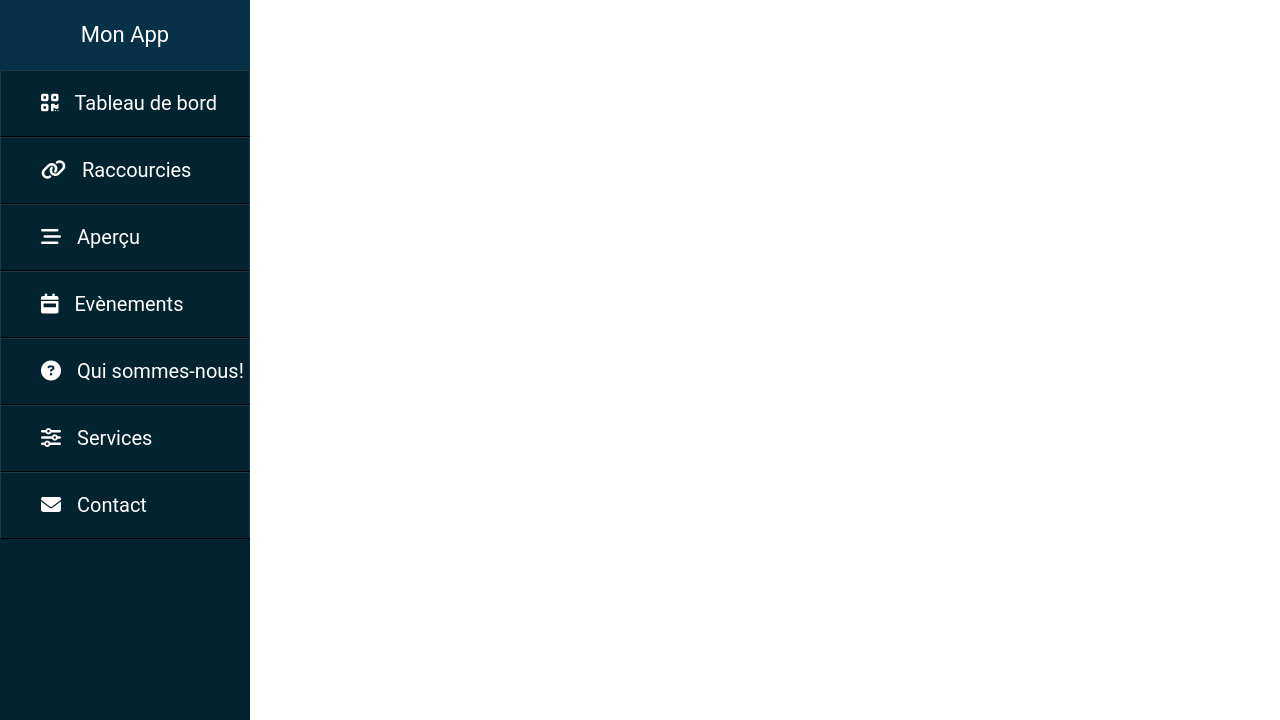
Repository: Alex-Serky/Dossier-Nav
Page: Nav-Sidebar/index.html
These files come from the project's save history. The page is drawn as it stood at one moment and after the next save; the edit follows.
The browser window is 1280 px wide. The pictures show the whole page.
Some web libraries are served in a nearby version.

Above is the page before, as saved 2020-02-21 09:31:56.

After the next save:
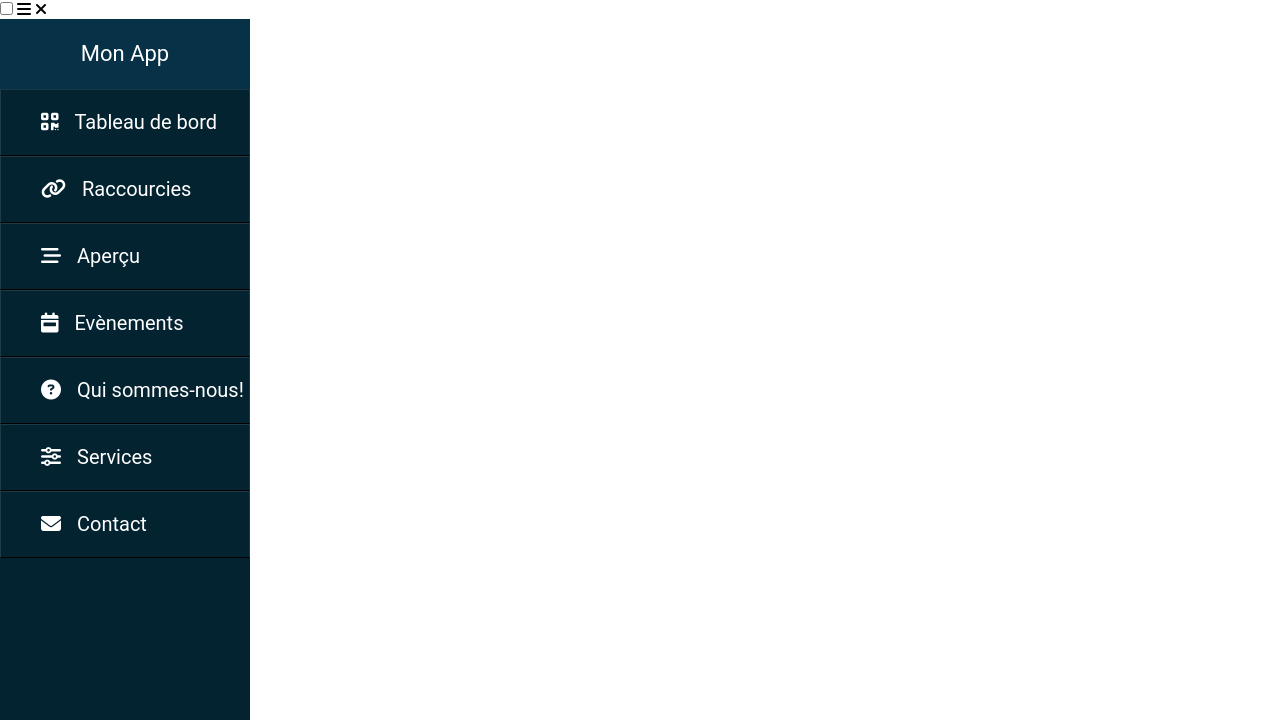
Saved 4 min 50 s later.
--- a/Nav-Sidebar/index.html
+++ b/Nav-Sidebar/index.html
@@ -11,6 +11,11 @@
 </head>
 
 <body>
+    <input type="checkbox" id="check">
+    <label for="check">
+        <i class="fas fa-bars" id="btn"></i>
+        <i class="fas fa-times" id="btn"></i>
+    </label>
     <div class="sidebar">
         <header>Mon App</header>
         <ul>

After the 2 saves that followed:
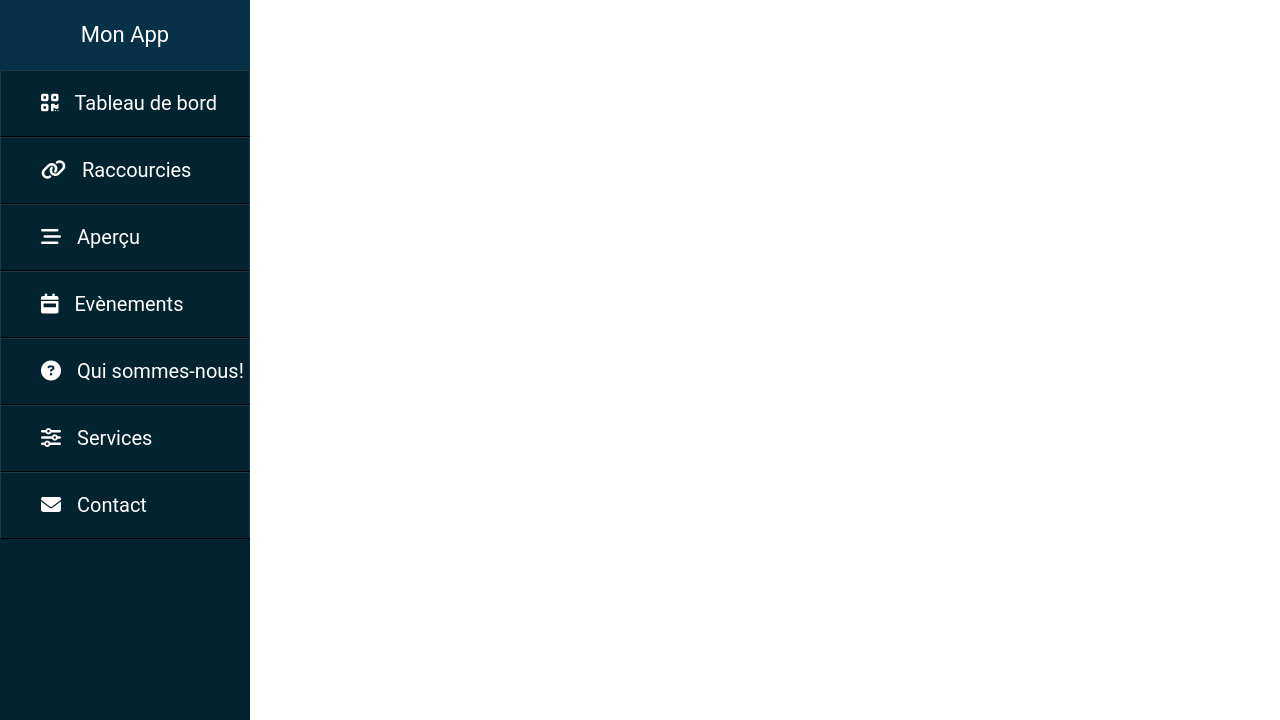
The 2 saves are shown as one change because 1 left the picture as it was.
The last was saved 5 min 4 s later.
--- a/Nav-Sidebar/index.html
+++ b/Nav-Sidebar/index.html
@@ -14,7 +14,7 @@
     <input type="checkbox" id="check">
     <label for="check">
         <i class="fas fa-bars" id="btn"></i>
-        <i class="fas fa-times" id="btn"></i>
+        <i class="fas fa-times" id="cancel"></i>
     </label>
     <div class="sidebar">
         <header>Mon App</header>
--- a/Nav-Sidebar/style.css
+++ b/Nav-Sidebar/style.css
@@ -48,3 +48,12 @@ ul li:hover a {
 .sidebar ul a i {
   margin-right: 16px;
 }
+
+#check {
+  display: none;
+}
+
+label #btn,
+label #cancel {
+  position: absolute;
+}
